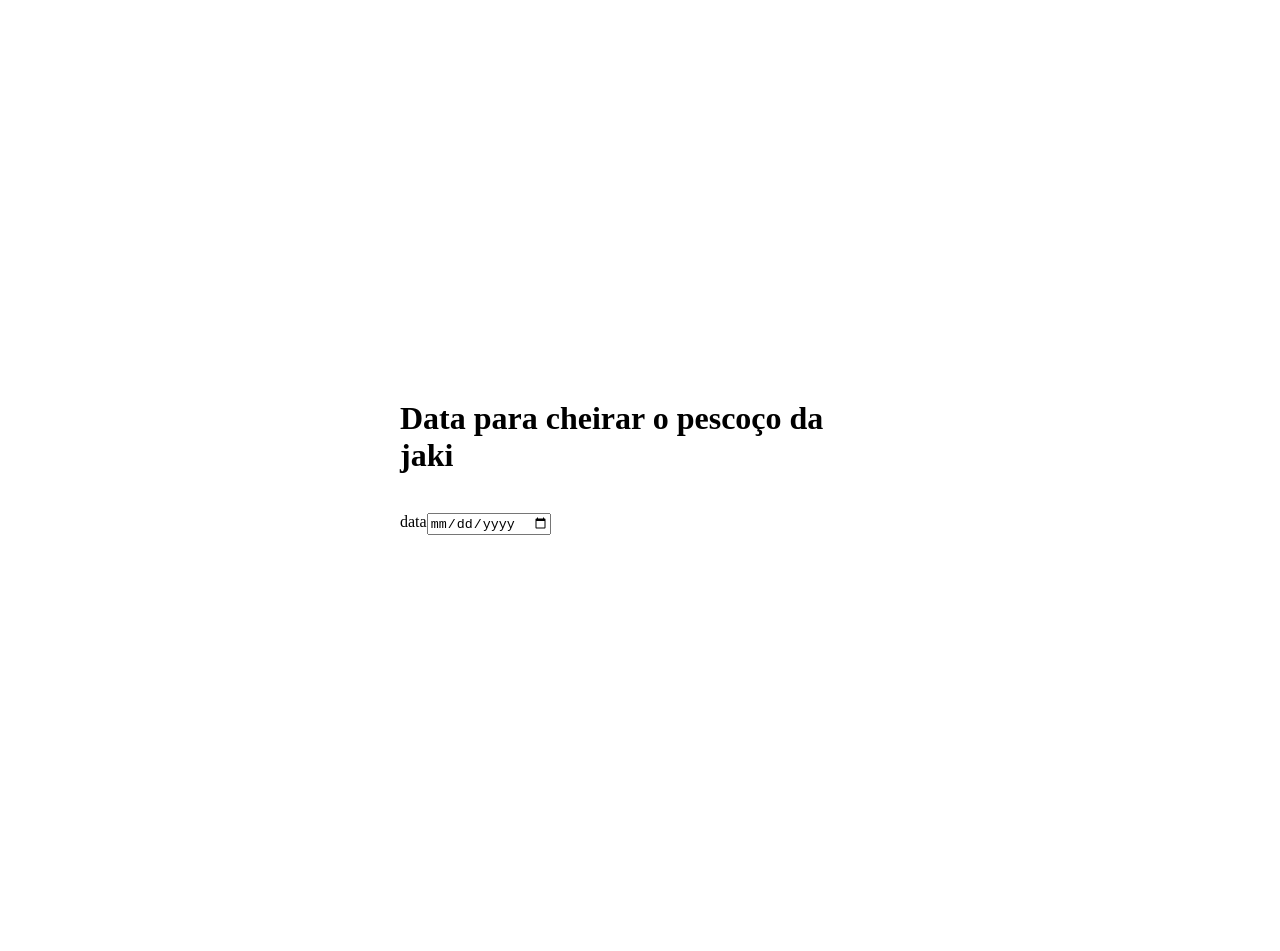
Repository: Danieloliver11/S.O.S-HUMANIDADE-BACK-END
Page: ACSocioambiental/eventoapp/src/main/resources/templates/index.html
An editor plug-in stored every save of this project. The page is shown before and after the next save, followed by the edit.
The browser window is 1280 px wide. The pictures show the whole page.

Above is the page before, as saved 2021-04-01 21:56:02.

### ACSocioambiental/eventoapp/src/main/resources/templates/index.html
<html>
<head>
	<style>
	body{
	padding: 200px;
	margin: 200px}
	</style>
</head>
<body>
<h1>Data para cheirar o pescoço da jaki </h1>
<form method="post">

</br>data<input type ="date">

</body>

</html>

After the next save:
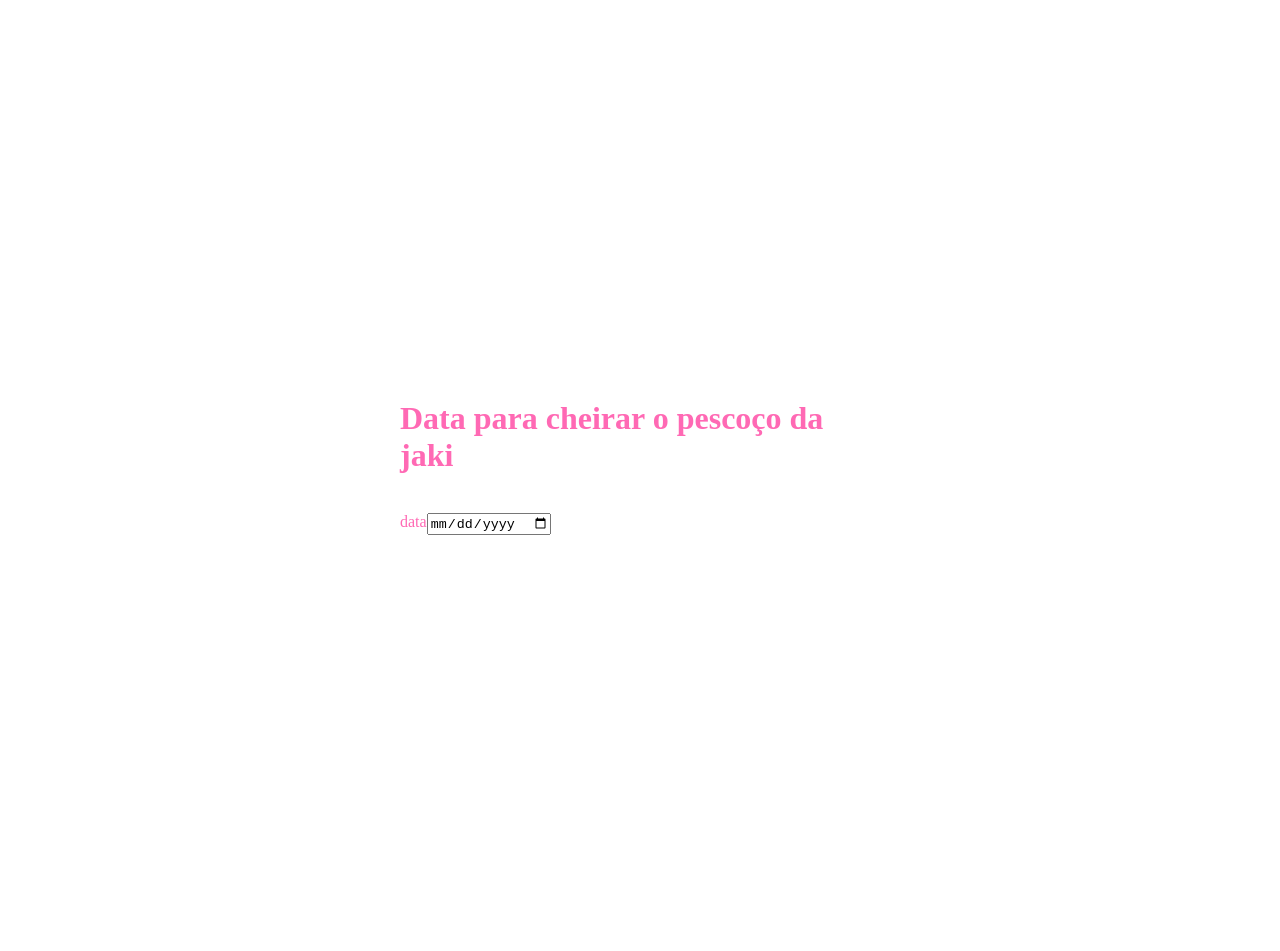
Saved 49 s later.
--- a/ACSocioambiental/eventoapp/src/main/resources/templates/index.html
+++ b/ACSocioambiental/eventoapp/src/main/resources/templates/index.html
@@ -2,6 +2,7 @@
 <head>
 	<style>
 	body{
+	color: #FF69B4;
 	padding: 200px;
 	margin: 200px}
 	</style>
